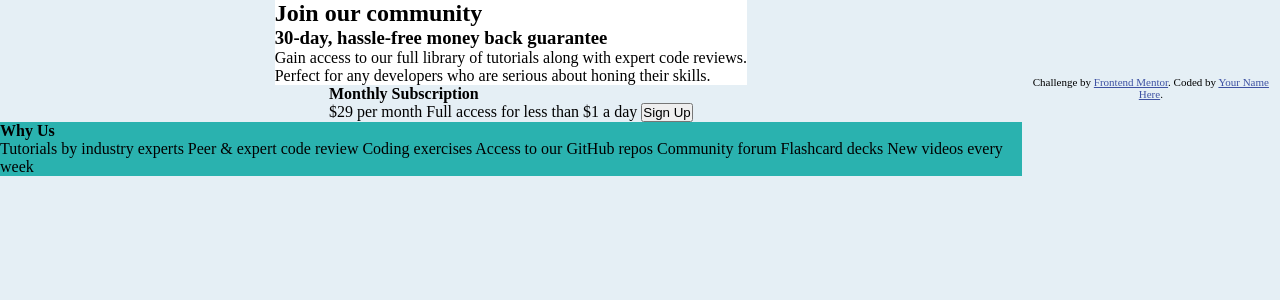
Repository: jminervino/PriceGridComponent
Page: index.html
These files come from the project's save history. The page is drawn as it stood at one moment and after the next save; the edit follows.
The browser window is 1280 px wide. The pictures show the whole page.

Above is the page before, as saved 2022-02-05 22:55:39.

### index.html
<!DOCTYPE html>
<html lang="en">
<head>
  <meta charset="UTF-8">
  <meta name="viewport" content="width=device-width, initial-scale=1.0"> <!-- displays site properly based on user's device -->

  <link rel="icon" type="image/png" sizes="32x32" href="./images/favicon-32x32.png">
  <link rel="stylesheet" href="style.css">

  <title>Frontend Mentor | Single Price Grid Component</title>

  <!-- Feel free to remove these styles or customise in your own stylesheet 👍 -->
  <style>
    .attribution { font-size: 11px; text-align: center; }
    .attribution a { color: hsl(228, 45%, 44%); }
  </style>
</head>
<body>
    <div class="container">
        <div class="box-one">
            <h2>Join our community</h2>

            <h3>30-day, hassle-free money back guarantee</h3>

            <p>
                Gain access to our full library of tutorials along with expert code reviews. <br>
                Perfect for any developers who are serious about honing their skills.
            </p>
        </div>
        <div class="box-second">
            <h4>Monthly Subscription</h4>

            &dollar;29 per month

            Full access for less than &dollar;1 a day

            <button>Sign Up</button>
        </div>
        <div class="box-three">
            <h4>Why Us</h4>
            <p>
                Tutorials by industry experts
                Peer &amp; expert code review
                Coding exercises
                Access to our GitHub repos
                Community forum
                Flashcard decks
                New videos every week
            </p>

        </div>
    </div>
  <footer>
    <p class="attribution">
      Challenge by <a href="https://www.frontendmentor.io?ref=challenge" target="_blank">Frontend Mentor</a>.
      Coded by <a href="#">Your Name Here</a>.
    </p>
  </footer>
</body>
</html>

### style.css
* {
    margin: 0;
    padding: 0;
}

body {
    background-color: hsl(204, 43%, 93%);
    display: flex;
    align-items: center;
    justify-content: center;
}

.container {
    display: flex;
    align-items: center;
    justify-content: center;
    flex-direction: column;
}

.box-one {
    background-color: white;
}

.box-second {

}

.box-three {
    background-color: hsl(179, 62%, 43%);
}

After the next save:
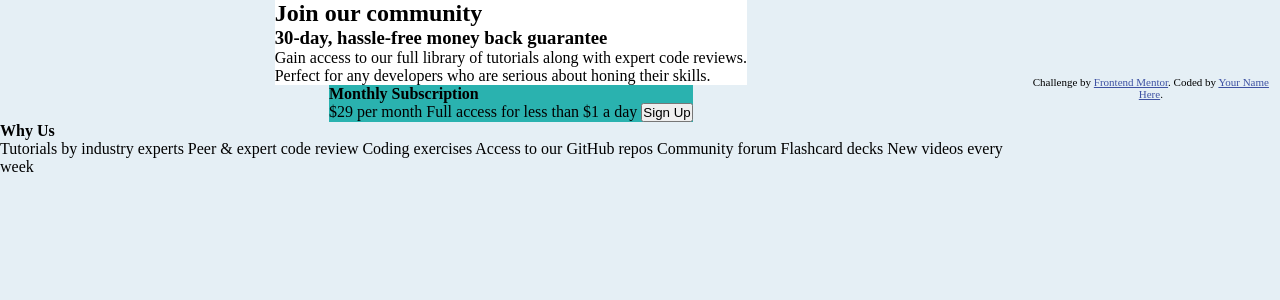
Saved 12 s later.
--- a/style.css
+++ b/style.css
@@ -22,9 +22,9 @@ body {
 }
 
 .box-second {
-
+    background-color: hsl(179, 62%, 43%);
 }
 
 .box-three {
-    background-color: hsl(179, 62%, 43%);
+
 }
